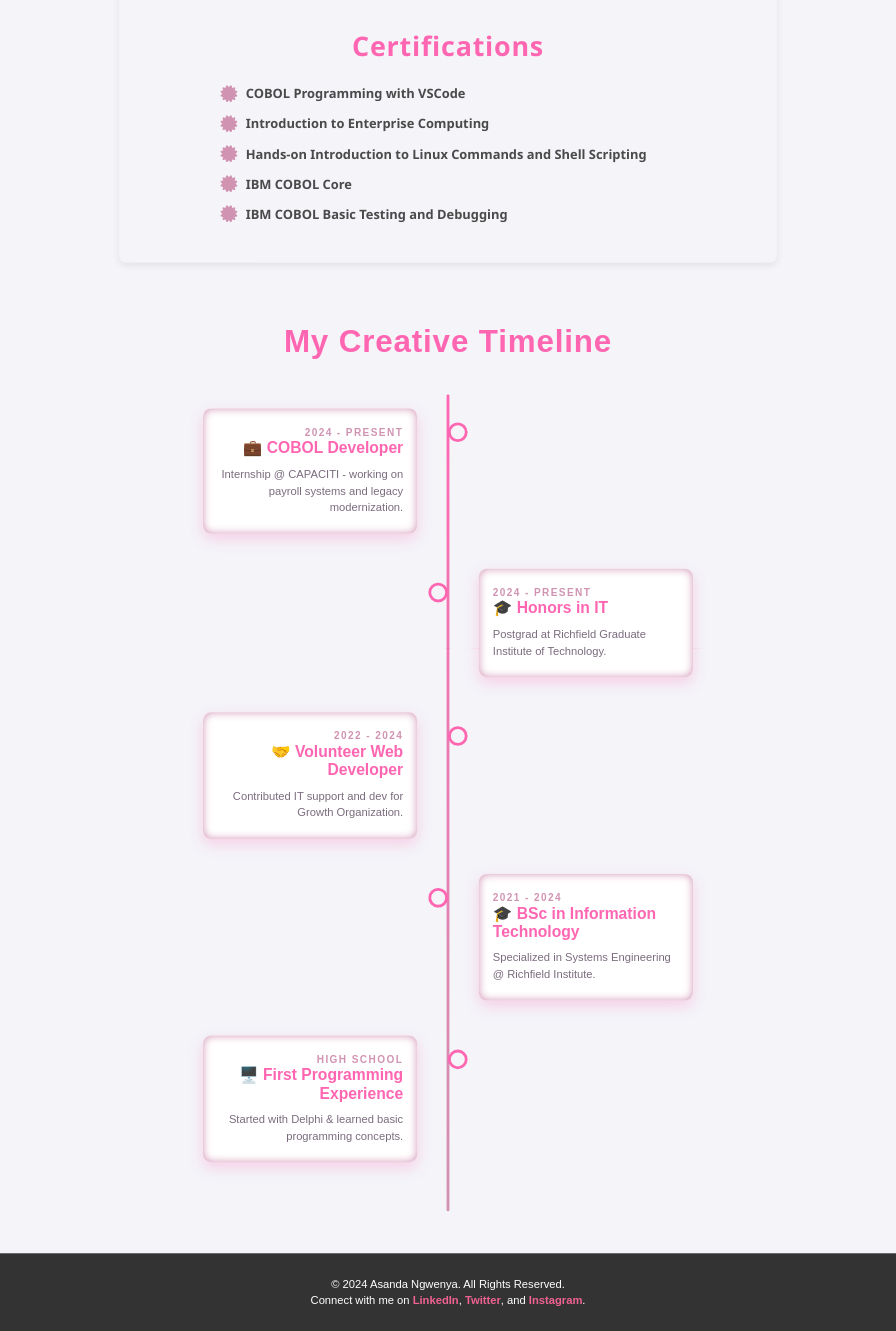
Repository: asandan8106/Asanda-sPortfolio
Page: Portfolio/About.html
The author's editor kept a copy of each file at every save. The page is drawn from the files as they stood at one save, then again after the next save.
The browser window is 1280 px wide. The pictures show the part of the page from y = 1928 to 3848 px (the page is 3830 px tall before and 3848 px after), at 70% of full size.

Above is the page before, as saved 2025-05-19 14:29:52.
Console error: ReferenceError: Typed is not defined

After the next save:
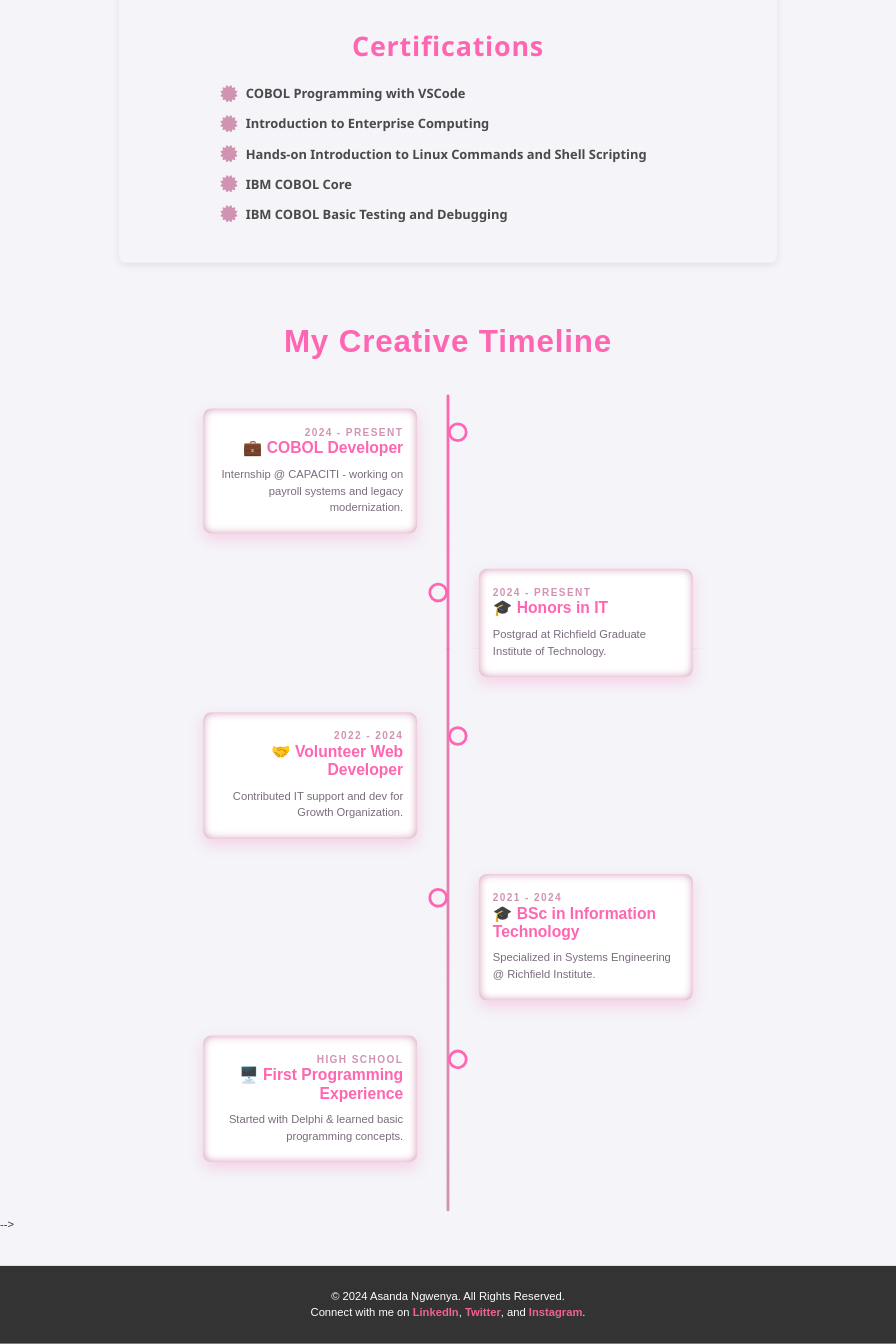
Saved 9 s later.
--- a/Portfolio/About.html
+++ b/Portfolio/About.html
@@ -195,11 +195,11 @@
     ↑
 </button>
 
-<!-- Floating Chatbot Icon for global navigation -->
+<!-- <!-- Floating Chatbot Icon for global navigation -->
   <a href="chatbot.html" class="chatbot-float" aria-label="Open Chatbot">
     <i class="fas fa-robot"></i>
   </a>
-</section>
+</section> -->
  <!-- Footer -->
     <footer>
         <p>&copy; 2024 Asanda Ngwenya. All Rights Reserved.</p>
